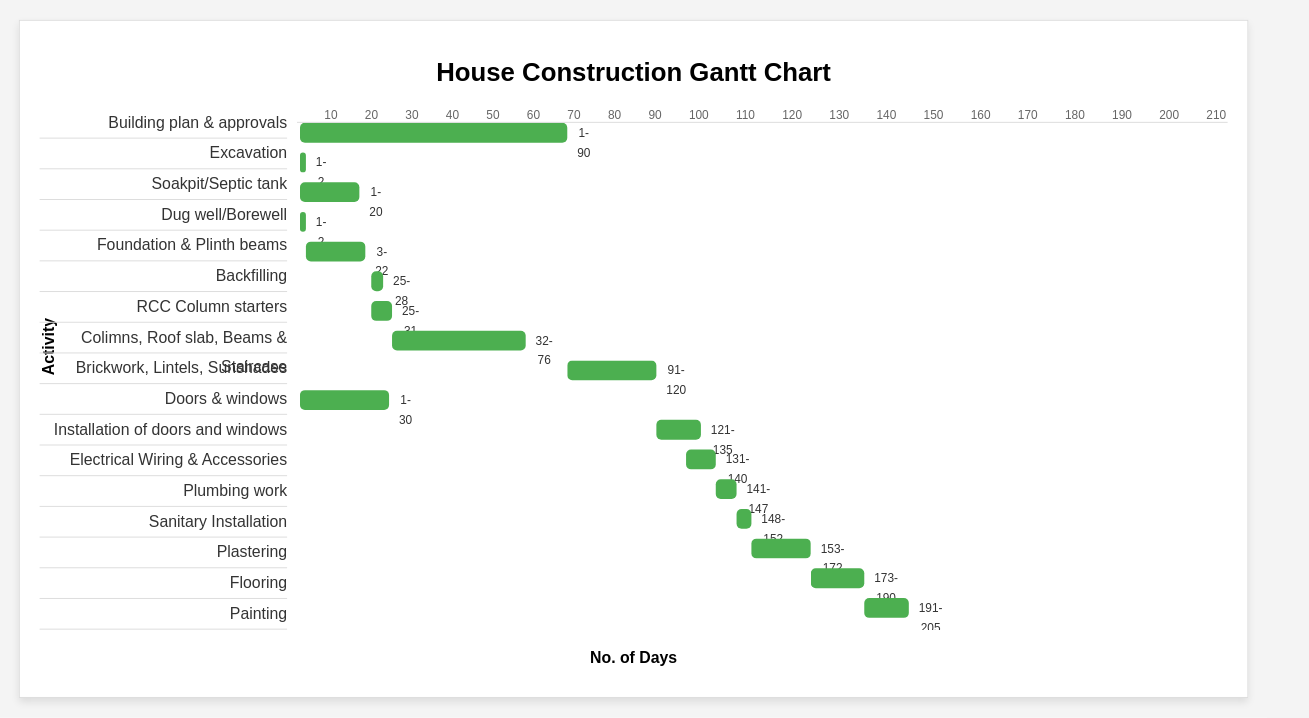
Repository: Madhava-IT-Solutions/yaminikollumittasks
Page: CONSTRUCTION DURATION/DURATION/duaration.html
These files come from the project's save history. The page is drawn as it stood at one moment and after a run of saves; the edit follows.
The browser window is 1280 px wide. The page is 1280 px wide, then 1322 px, so the pictures cover 1322 px, including what lies to the right of the window. The pictures show the whole page, at 99% of full size.

Above is the page before, as saved 2024-12-22 15:56:26.

### CONSTRUCTION DURATION/DURATION/duaration.html
<!DOCTYPE html>
<html lang="en">
<head>
    <meta charset="UTF-8">
    <meta name="viewport" content="width=device-width, initial-scale=1.0">
    <title>House Construction Gantt Chart</title>
    <link rel="stylesheet" href="styles.css">
</head>
<body>
    <div class="container">
        <h1>House Construction Gantt Chart</h1>
        <div class="axis-label y-axis-title">Activity</div>
        <div class="chart-wrapper">
            <div class="y-axis">
                <div class="y-axis-labels"></div>
            </div>
            <div class="x-axis">
                <div class="x-axis-labels"></div>
                <div id="gantt-chart"></div>
            </div>
        </div>
        <div class="axis-label x-axis-title">No. of Days</div>
    </div>
    <script src="script.js"></script>
</body>
</html>

### CONSTRUCTION DURATION/DURATION/styles.css
body {
    font-family: Arial, sans-serif;
    margin: 0;
    padding: 0;
    background-color: #f4f4f4;
}

.container {
    width: 95%;
    max-width: 1200px;
    margin: 20px auto;
    background-color: #fff;
    border: 1px solid #ddd;
    padding: 20px;
    box-shadow: 0 4px 8px rgba(0, 0, 0, 0.1);
}

h1 {
    text-align: center;
    margin-bottom: 20px;
    font-size: 26px;
}

.chart-wrapper {
    display: flex;
    position: relative;
}

.y-axis {
    width: 250px;
    text-align: right;
    padding-right: 10px;
}

.y-axis-labels div {
    height: 30px;
    line-height: 30px;
    border-bottom: 1px solid #ddd;
    color: #333;
}

.x-axis {
    flex: 1;
    overflow-x: auto;
    position: relative;
}

.x-axis-labels {
    display: flex;
    position: sticky;
    top: 0;
    background: #fff;
    border-bottom: 1px solid #ddd;
}

.x-axis-labels div {
    width: 30px;
    text-align: center;
    font-size: 12px;
    color: #666;
}

#gantt-chart {
    position: relative;
}

.gantt-row {
    display: flex;
    align-items: center;
    position: relative;
}

.gantt-bar {
    position: absolute;
    height: 20px;
    background-color: #4caf50;
    border-radius: 5px;
    text-align: center;
    color: white;
    line-height: 20px;
}

.gantt-date {
    position: absolute;
    left: calc(100% + 10px);
    font-size: 12px;
    color: #333;
}

.axis-label {
    text-align: center;
    font-weight: bold;
    margin: 10px 0;
}

.y-axis-title {
    position: absolute;
    left: 50px;
    top: 50%;
    transform: rotate(-90deg);
    transform-origin: left center;
    font-size: 16px;
}

.x-axis-title {
    margin-top: 20px;
    font-size: 16px;
}

### CONSTRUCTION DURATION/DURATION/script.js
const tasks = [
    { name: "Building plan & approvals", start: 1, end: 90 },
    { name: "Excavation", start: 1, end: 2 },
    { name: "Soakpit/Septic tank", start: 1, end: 20 },
    { name: "Dug well/Borewell", start: 1, end: 2 },
    { name: "Foundation & Plinth beams", start: 3, end: 22 },
    { name: "Backfilling", start: 25, end: 28 },
    { name: "RCC Column starters", start: 25, end: 31 },
    { name: "Colimns, Roof slab, Beams & Staircase", start: 32, end: 76 },
    { name: "Brickwork, Lintels, Sunshades", start: 91, end: 120 },
    { name: "Doors & windows", start: 1, end: 30 },
    { name: "Installation of doors and windows", start: 121, end: 135 },
    { name: "Electrical Wiring & Accessories", start: 131, end: 140 },
    { name: "Plumbing work", start: 141, end: 147 },
    { name: "Sanitary Installation", start: 148, end: 152 },
    { name: "Plastering", start: 153, end: 172 },
    { name: "Flooring", start: 173, end: 190 },
    { name: "Painting", start: 191, end: 205 }
];

// Generate Y-axis labels
function renderYAxis() {
    const yAxisLabels = document.querySelector('.y-axis-labels');
    tasks.forEach(task => {
        const label = document.createElement('div');
        label.textContent = task.name;
        yAxisLabels.appendChild(label);
    });
}

// Generate X-axis labels (Days)
function renderXAxis() {
    const xAxisLabels = document.querySelector('.x-axis-labels');
    for (let day = 1; day <= 210; day++) {
        const dayLabel = document.createElement('div');
        dayLabel.textContent = day % 10 === 0 ? day : '';
        xAxisLabels.appendChild(dayLabel);
    }
}

// Render Gantt bars and dates
function renderGanttChart() {
    const ganttChart = document.getElementById("gantt-chart");

    tasks.forEach((task, index) => {
        const row = document.createElement("div");
        row.classList.add("gantt-row");

        const bar = document.createElement("div");
        bar.classList.add("gantt-bar");
        const startPosition = task.start * 3;
        const barWidth = (task.end - task.start + 1) * 3;
        bar.style.left = `${startPosition}px`;
        bar.style.width = `${barWidth}px`;
        bar.style.top = `${index * 30}px`;

        const dateLabel = document.createElement("div");
        dateLabel.classList.add("gantt-date");
        dateLabel.textContent = `${task.start}-${task.end}`;
        bar.appendChild(dateLabel);

        ganttChart.appendChild(bar);
    });
}

document.addEventListener("DOMContentLoaded", () => {
    renderYAxis();
    renderXAxis();
    renderGanttChart();
});

After the next 2 saves:
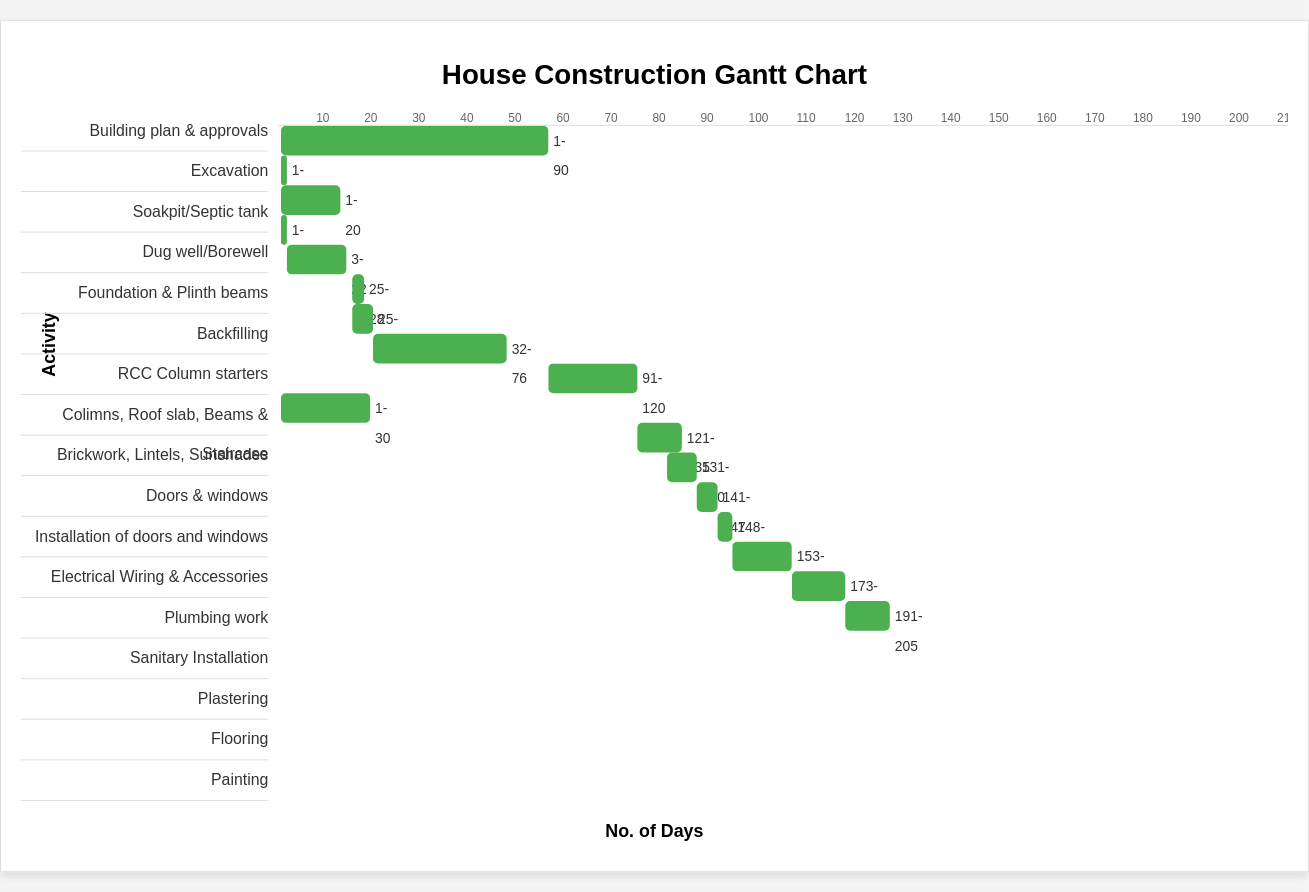
The 2 saves are shown as one change because they came seconds apart.
The last was saved 12 min 20 s later.
--- a/CONSTRUCTION DURATION/DURATION/styles.css
+++ b/CONSTRUCTION DURATION/DURATION/styles.css
@@ -3,11 +3,12 @@ body {
     margin: 0;
     padding: 0;
     background-color: #f4f4f4;
+    overflow-x: hidden;
 }
 
 .container {
-    width: 95%;
-    max-width: 1200px;
+    width: 100%;
+    max-width: 1500px;
     margin: 20px auto;
     background-color: #fff;
     border: 1px solid #ddd;
@@ -18,7 +19,7 @@ body {
 h1 {
     text-align: center;
     margin-bottom: 20px;
-    font-size: 26px;
+    font-size: 28px;
 }
 
 .chart-wrapper {
@@ -33,8 +34,8 @@ h1 {
 }
 
 .y-axis-labels div {
-    height: 30px;
-    line-height: 30px;
+    height: 40px;
+    line-height: 40px;
     border-bottom: 1px solid #ddd;
     color: #333;
 }
@@ -54,7 +55,7 @@ h1 {
 }
 
 .x-axis-labels div {
-    width: 30px;
+    width: 10px;
     text-align: center;
     font-size: 12px;
     color: #666;
@@ -72,18 +73,17 @@ h1 {
 
 .gantt-bar {
     position: absolute;
-    height: 20px;
+    height: 30px;
     background-color: #4caf50;
     border-radius: 5px;
-    text-align: center;
-    color: white;
-    line-height: 20px;
+    line-height: 30px;
 }
 
 .gantt-date {
     position: absolute;
-    left: calc(100% + 10px);
-    font-size: 12px;
+    left: calc(100% + 5px);
+    top: 0;
+    font-size: 14px;
     color: #333;
 }
 
@@ -99,10 +99,10 @@ h1 {
     top: 50%;
     transform: rotate(-90deg);
     transform-origin: left center;
-    font-size: 16px;
+    font-size: 18px;
 }
 
 .x-axis-title {
     margin-top: 20px;
-    font-size: 16px;
+    font-size: 18px;
 }
